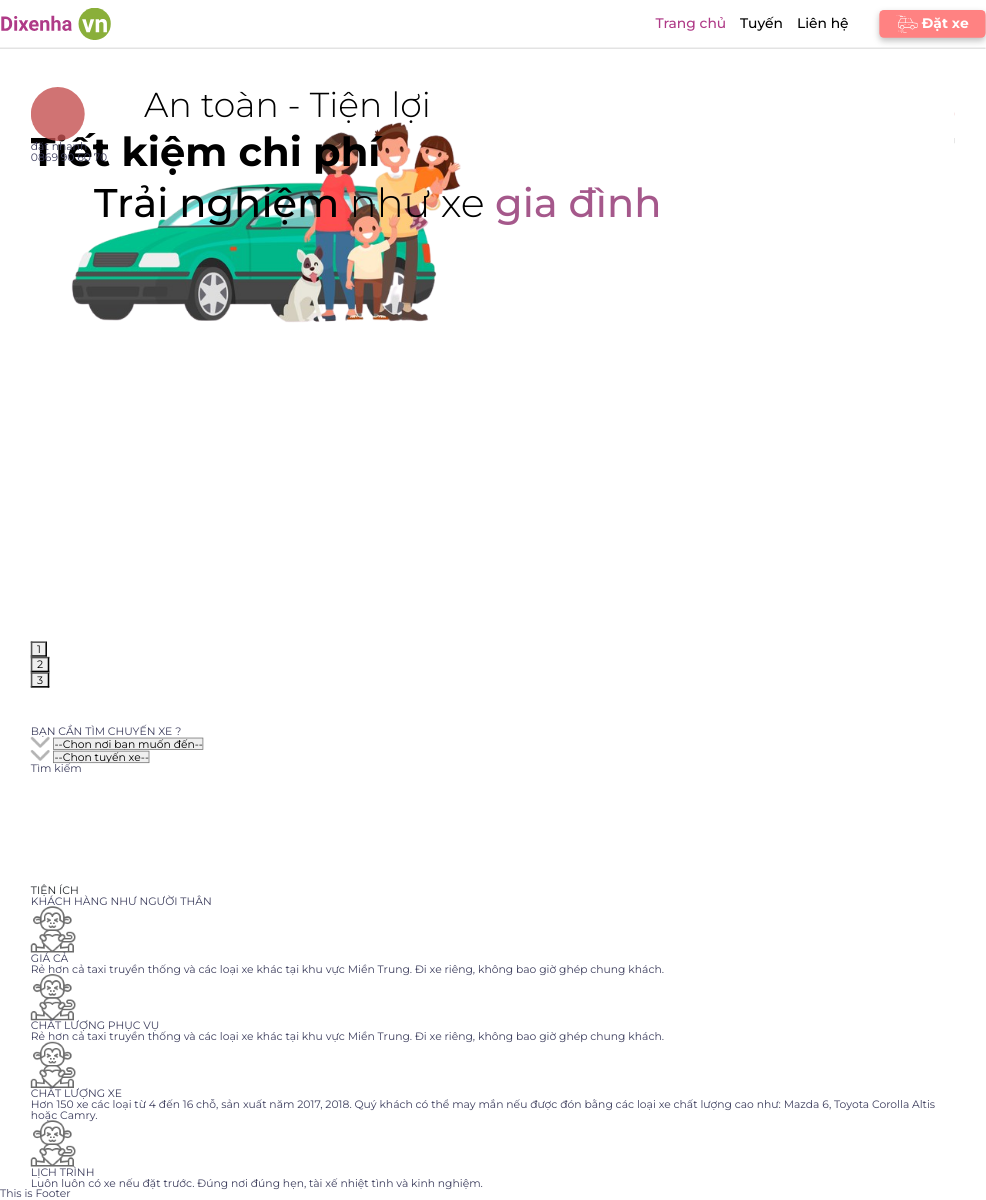
Repository: thanhthien0706/last_project--fe004
Page: lastProductF004/dist/index.html
The author's editor kept a copy of each file at every save. The page is drawn from the files as they stood at one save, then again after the next save.
The browser window is 1280 px wide. The pictures show the whole page, at 77% of full size.
Some web libraries are served in a nearby version. The style sheet was rebuilt from its Sass, Less or Tailwind sources for each picture, by a compiler version that may differ from the author's.

Above is the page before, as saved 2021-09-16 19:52:01.

After the next save:
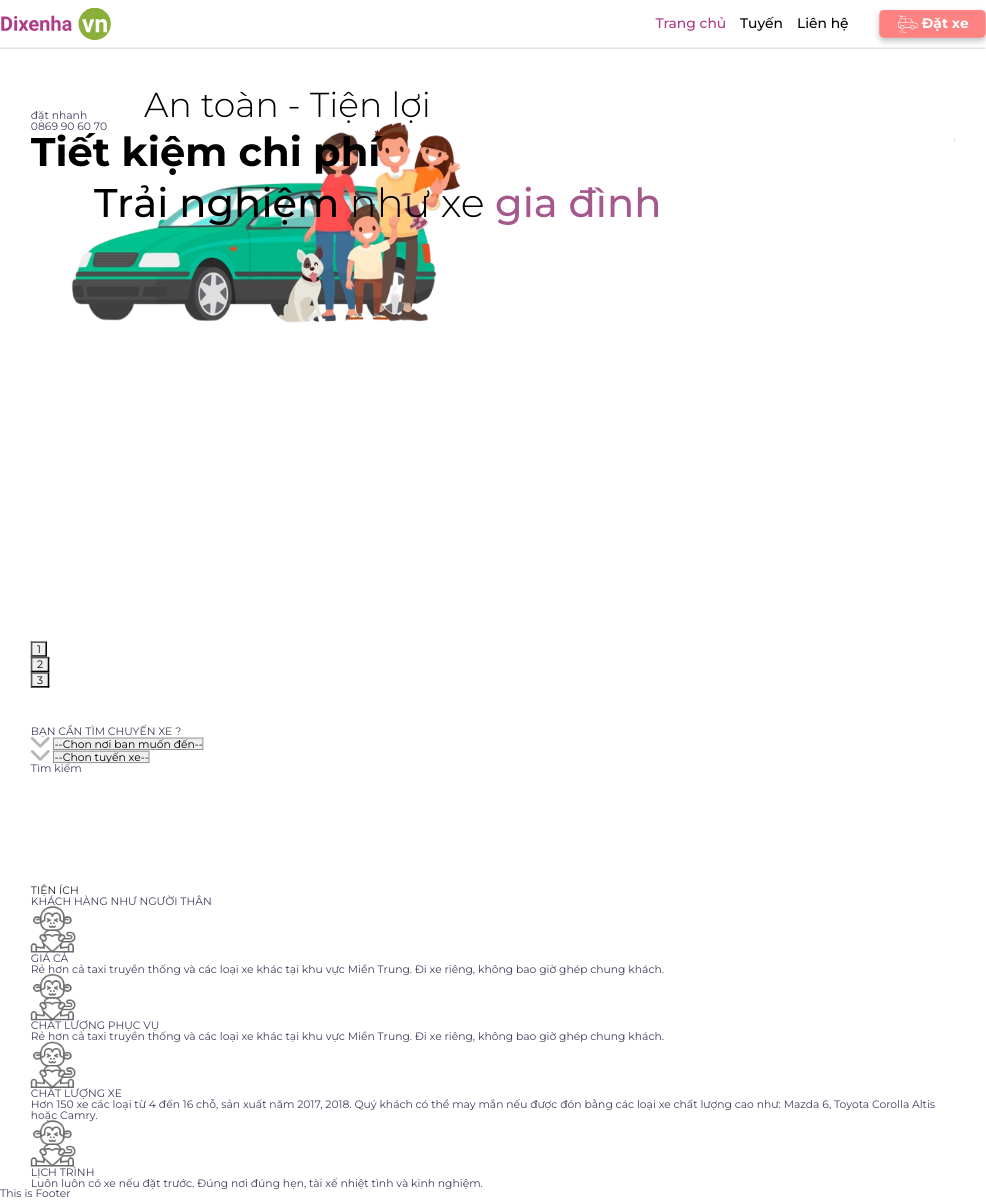
Saved 9 s later.
--- a/lastProductF004/src/styles/pages/_homepage.scss
+++ b/lastProductF004/src/styles/pages/_homepage.scss
@@ -49,10 +49,6 @@ html {
             .box_contact{
                 position: absolute;
                 .box_icon{
-                    width: 70px;
-                    height: 70px;
-                    background-color: rgba(197, 81, 81, 0.8);
-                    border-radius: 50%;
                     position: relative;
                     .shape_1{
 
